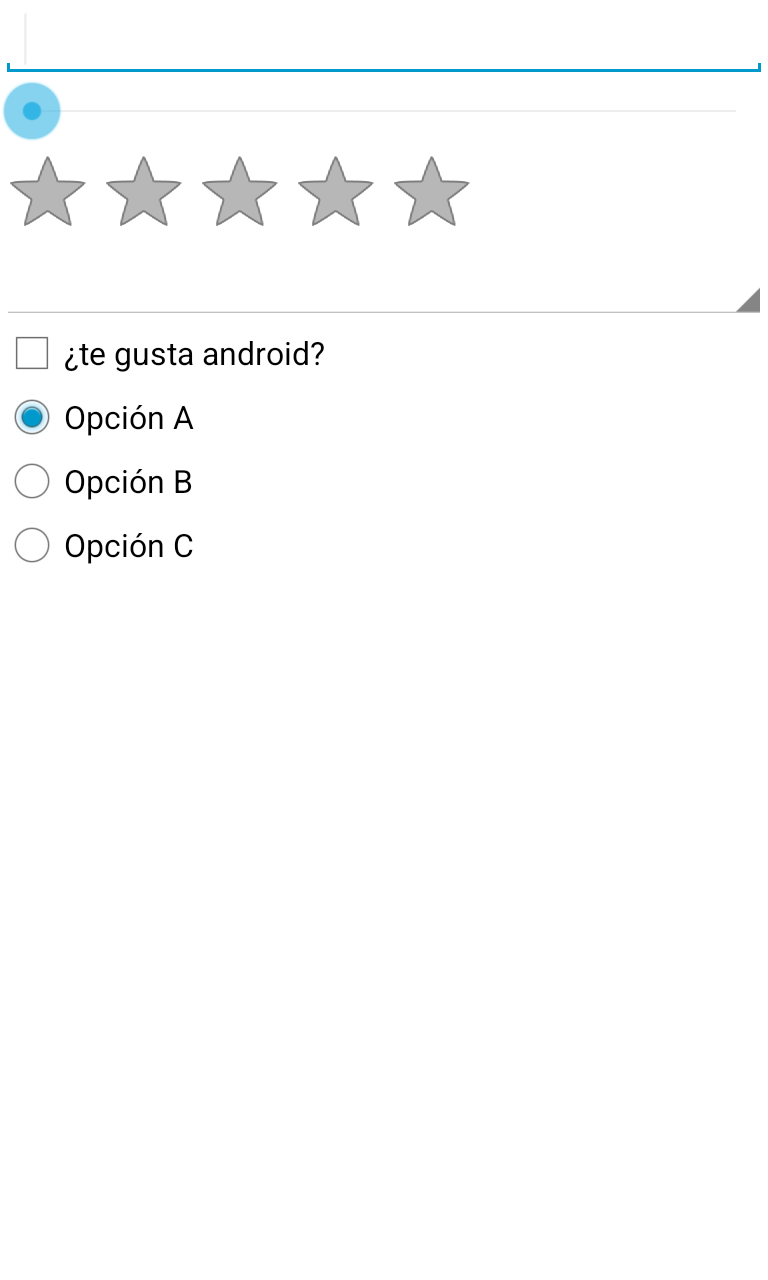
Repository: Kenwal/DemosS1
Layout: Demo4/res/layout/input_controls_content.xml
These files come from the project's save history. The layout is drawn as it stood at one moment and after the next save; the edit follows.
It is drawn on a 768 x 1280 px phone screen (xhdpi) without system bars, with theme AppTheme; the app's code is not run.

Above is the layout before, as saved 2014-01-23 16:24:38.

After the next save:
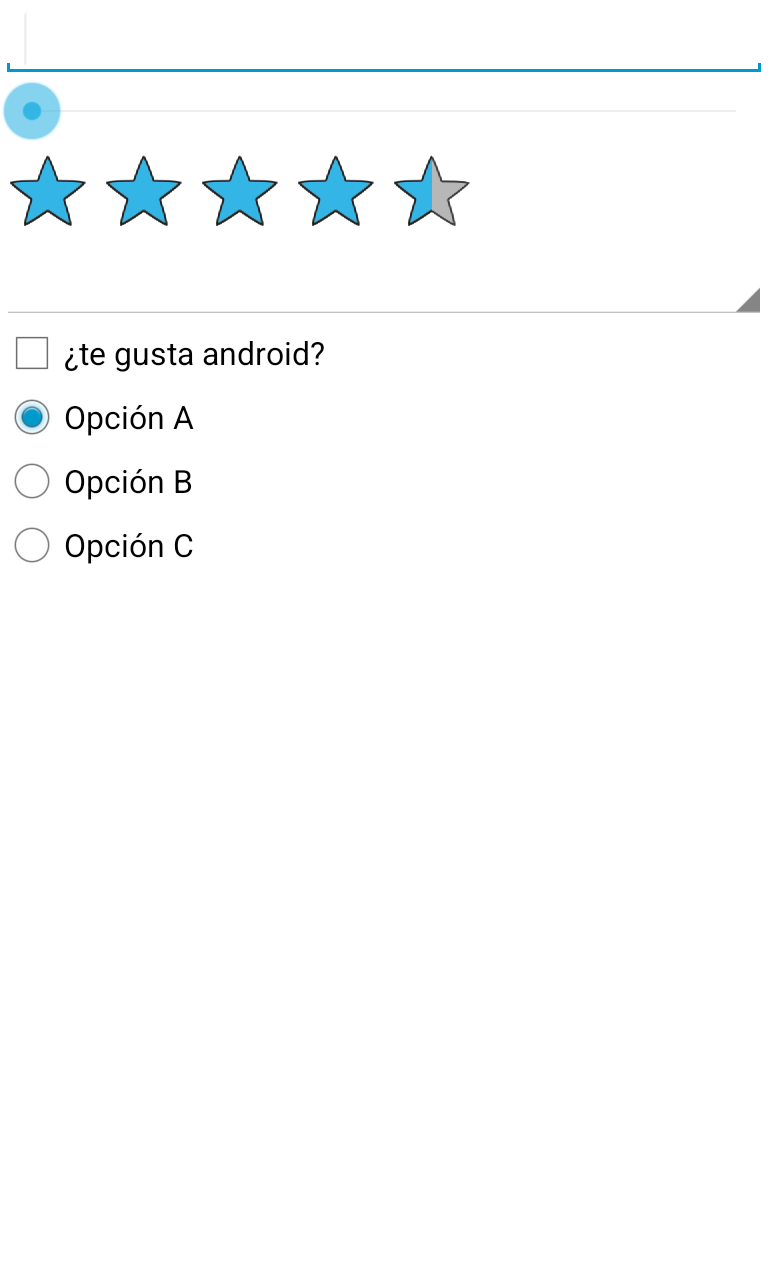
Saved 112 s later.
--- a/Demo4/res/layout/input_controls_content.xml
+++ b/Demo4/res/layout/input_controls_content.xml
@@ -25,6 +25,7 @@
 
 	    <RatingBar
 	        android:id="@+id/ratingBar1"
+	        android:rating="4.5"
 	        android:layout_width="wrap_content"
 	        android:layout_height="wrap_content" />
 
